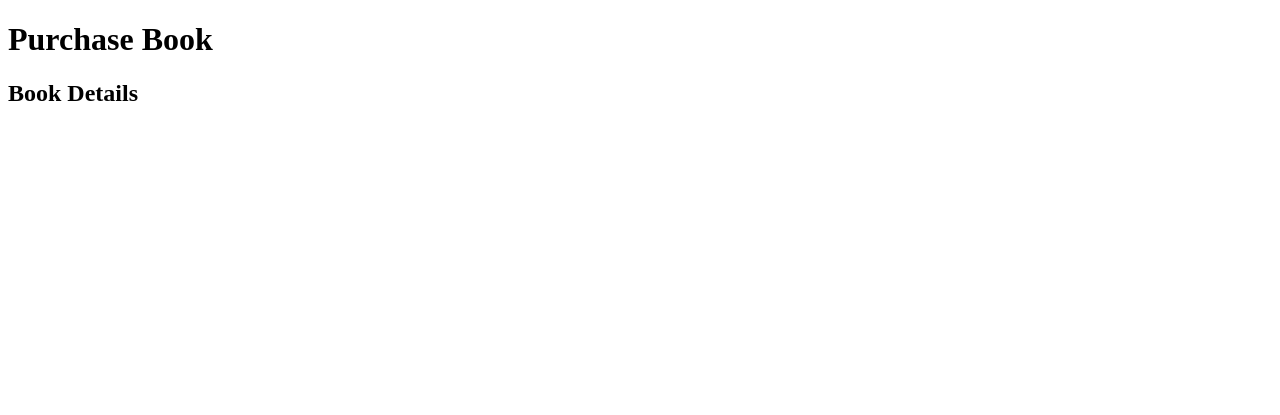
Repository: Ibrahim-Abohola/BookStore
Page: purchase.html
The author's editor kept a copy of each file at every save. The page is drawn from the files as they stood at one save, then again after a run of saves.
The browser window is 1280 px wide. The pictures show the whole page.

Above is the page before, as saved 2025-07-15 19:25:09.

After the next 3 saves:
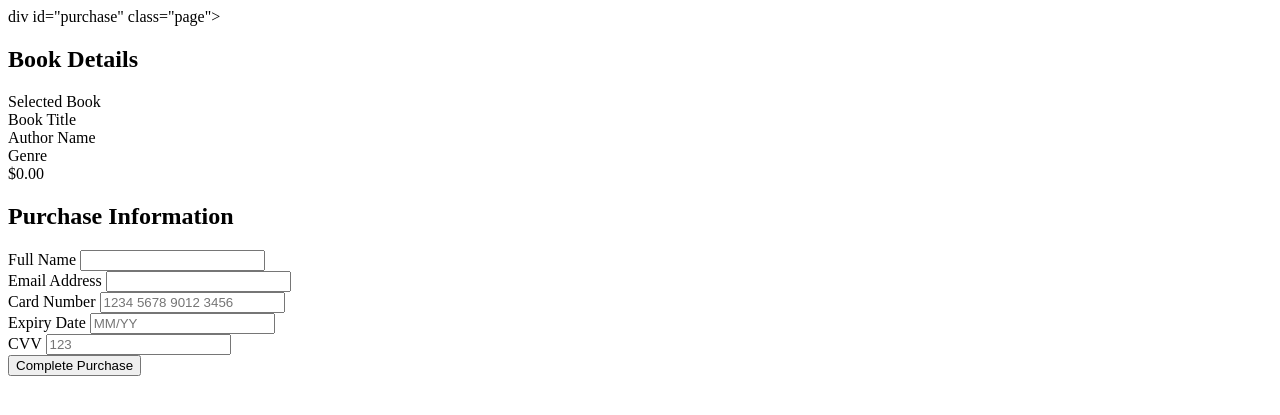
The 3 saves are shown as one change because they came seconds apart.
The last was saved 7 min 31 s later.
--- a/purchase.html
+++ b/purchase.html
@@ -6,10 +6,57 @@
     <title>Purchase</title>
     </head>
     <body>
-        <h1>Purchase Book</h1>
-        <div class="book-details">
-        <h2>Book Details</h2>
+            div id="purchase" class="page">
+        <div class="purchase-container">
+            <div class="container">
+                <div class="purchase-content">
+                    <div class="book-details">
+                        <h2>Book Details</h2>
+                        <div class="book-cover" id="purchase-cover">Selected Book</div>
+                        <div class="book-info">
+                            <div class="book-title" id="purchase-title">Book Title</div>
+                            <div class="book-author" id="purchase-author">Author Name</div>
+                            <div class="book-genre" id="purchase-genre">Genre</div>
+                            <div class="price" id="purchase-price">$0.00</div>
+                        </div>
+                    </div>
 
+                    <div class="purchase-form-container">
+                        <form class="purchase-form">
+                            <h2>Purchase Information</h2>
+
+                            <div class="form-group">
+                                <label for="customer-name">Full Name</label>
+                                <input type="text" id="customer-name" name="customer-name" required>
+                            </div>
+
+                            <div class="form-group">
+                                <label for="customer-email">Email Address</label>
+                                <input type="email" id="customer-email" name="customer-email" required>
+                            </div>
+
+                            <div class="form-group">
+                                <label for="card-number">Card Number</label>
+                                <input type="text" id="card-number" name="card-number" placeholder="1234 5678 9012 3456" required>
+                            </div>
+
+                            <div class="form-group">
+                                <label for="expiry">Expiry Date</label>
+                                <input type="text" id="expiry" name="expiry" placeholder="MM/YY" required>
+                            </div>
+
+                            <div class="form-group">
+                                <label for="cvv">CVV</label>
+                                <input type="text" id="cvv" name="cvv" placeholder="123" required>
+                            </div>
+
+                            <button type="submit" class="purchase-btn">Complete Purchase</button>
+                        </form>
+                    </div>
+                </div>
+            </div>
         </div>
+    </div>
+
     </body>
 </html>
